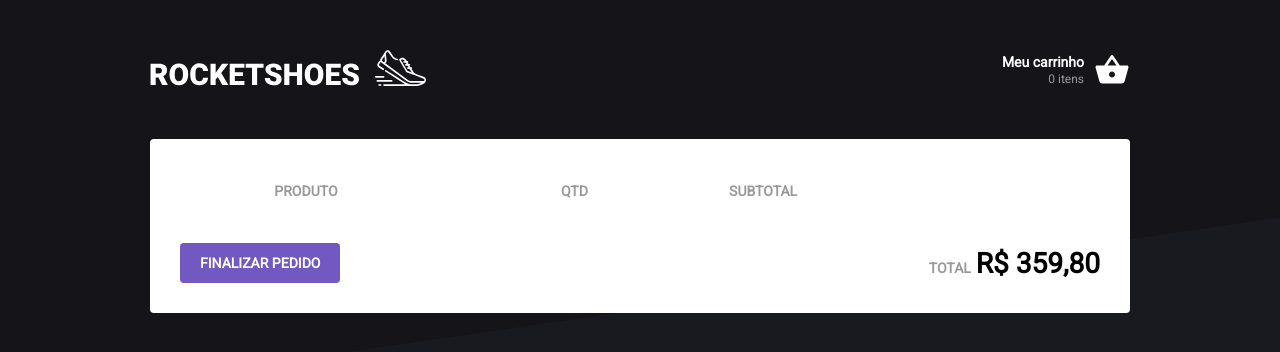
Repository: niltonmalves/Desafio-01---Criando-um-hook-de-carrinho-de-compras
Page: /cart
An editor plug-in stored every save of this project. The page is shown before and after the next save, followed by the edit.
The browser window is 1280 px wide. The pictures show the whole page.
The project was rebuilt for these pictures with package versions that can differ from the ones it lists, and the page was loaded fresh each time. Also part of the build but not shown: src/pages/Home/styles.ts, src/pages/Home/index.tsx.

Above is the page before, as saved 2022-01-13 17:01:44.

### src/components/Header/index.tsx
import React from 'react';
import { Link } from 'react-router-dom';
import { MdShoppingBasket } from 'react-icons/md';

import logo from '../../assets/images/logo.svg';
import { Container, Cart } from './styles';
import { useCart } from '../../hooks/useCart';

const Header = (): JSX.Element => {
  const { cart } = useCart();
  let count =0;
  console.log(cart)
  const cartSize = cart.map((product) => count +=1
    //percorrer os produtos com id diferente e somar
    //

  ).length;// TODO;

  return (
    <Container>
      <Link to="/">
        <img src={logo} alt="Rocketshoes" />
      </Link>

      <Cart to="/cart">
        <div>
          <strong>Meu carrinho</strong>
          <span data-testid="cart-size">
            {cartSize === 1 ? `${cartSize} item` : `${cartSize} itens`}
          </span>
        </div>
        <MdShoppingBasket size={36} color="#FFF" />
      </Cart>
    </Container>
  );
};

export default Header;

### src/hooks/useCart.tsx
import { createContext, ReactNode, useContext, useState } from 'react';
import { toast } from 'react-toastify';
import { api } from '../services/api';
import { Product, Stock } from '../types';

interface CartProviderProps {
  children: ReactNode;
}

interface UpdateProductAmount {
  productId: number;
  amount: number;
}

interface CartContextData {
  cart: Product[];
  addProduct: (productId: number) => Promise<void>;
  removeProduct: (productId: number) => void;
  updateProductAmount: ({ productId, amount }: UpdateProductAmount) => void;
}

const CartContext = createContext<CartContextData>({} as CartContextData);

export function CartProvider({ children }: CartProviderProps): JSX.Element {
  const [cart, setCart] = useState<Product[]>(() => {
    const storagedCart = localStorage.getItem('@RocketShoes:cart') //Buscar dados do localStorage
    if (storagedCart) {
      return JSON.parse(storagedCart);
    }

    return [];
  });

  const addProduct = async (productId: number) => {
    try {
      // TODO verificar se o produto ja exite no carrinho e a qtd do estoque
      const updateCart = [...cart];
      const productExists = updateCart.find(product => product.id === productId);

      const stock = await api.get(`/stock/${productId}`);

      const stockAmount = stock.data.amount;
      const currentAmount = productExists ? productExists.amount : 0;
      const amount = currentAmount + 1;

      if(amount > stockAmount) {
        toast.error('Quantidade solicitada fora de estoque');
        return;
      }
      if (productExists) {
        productExists.amount = amount;
        // let newProduct =
      } else {
        const product = await api.get(`/products/${productId}`);

        const newProduct = {
          ...product.data,
          amount :1
        }
        updateCart.push(newProduct);
      }
      setCart(updateCart);
      console.log(updateCart);
      localStorage.setItem('@RocketShoes:cart', JSON.stringify(updateCart));

    } catch {
      // TODO
      toast.error('Erro na adição do produto');
    }
  };

  const removeProduct = (productId: number) => {
    try {
      // TODO
      const updatedCart = [...cart];
      const productIndex = updatedCart.findIndex(product => product.id === productId);

      if (productIndex >= 0) {
        updatedCart.splice(productIndex, 1);
        setCart(updatedCart);
        localStorage.setItem('@RocketShoes:cart', JSON.stringify(updatedCart));
      } else {
        throw Error ();
      }
    } catch {
      // TODO
      toast.error('Erro na remoção do produto');
    }
  };

  const updateProductAmount = async ({
    productId,
    amount,
  }: UpdateProductAmount) => {
    try {
      // TODO
      if (amount <= 0) {
        return;
      }

      const stock = await api.get(`/stock/${productId}`);
      const stockAmount = stock.data.amount;

      if (amount > stockAmount) {
        toast.error('Quantidade solicitada fora de estoque');
        return;
      }

      const updatedCart = [...cart];
      const productExists = updatedCart.find(product => product.id === productId);

      if (productExists) {
        productExists.amount = amount;
        setCart(updatedCart);
        localStorage.setItem('@RocketShoes:cart', JSON.stringify(updatedCart));
      } else{
        throw Error();
      }
    } catch {
      // TODO
      toast.error('Erro na alteração da quntidade do produto');
    }
  };

  return (
    <CartContext.Provider
      value={{ cart, addProduct, removeProduct, updateProductAmount }}
    >
      {children}
    </CartContext.Provider>
  );
}

export function useCart(): CartContextData {
  const context = useContext(CartContext);

  return context;
}

### src/pages/Cart/index.tsx
import { rem } from 'polished';
import React from 'react';
import {
  MdDelete,
  MdAddCircleOutline,
  MdRemoveCircleOutline,
} from 'react-icons/md';

import { useCart } from '../../hooks/useCart';
import { formatPrice } from '../../util/format';
import { Container, ProductTable, Total } from './styles';

interface Product {
  id: number;
  title: string;
  price: number;
  image: string;
  amount: number;
}

const Cart = (): JSX.Element => {
  const { cart, removeProduct, updateProductAmount } = useCart();

  const cartFormatted = cart.map(product => ({
    // TODO
    ...product,
    priceFormatted : formatPrice(product.price),
    subtotal : formatPrice(product.amount * product.price),


  }))
  const total =
    formatPrice(
      cart.reduce((sumTotal, product) => {
        // TODO
        return sumTotal + product.amount * product.price
      }, 0)
    )

  function handleProductIncrement(product: Product) {
    // TODO
    updateProductAmount({productId :product.id, amount : product.amount + 1})
  }

  function handleProductDecrement(product: Product) {
    // TODO
    updateProductAmount({productId :product.id, amount : product.amount -1 })
  }

  function handleRemoveProduct(productId: number) {
    // TODO
    removeProduct(productId)
  }

  return (
    <Container>
      <ProductTable>
        <thead>
          <tr>
            <th aria-label="product image" />
            <th>PRODUTO</th>
            <th>QTD</th>
            <th>SUBTOTAL</th>
            <th aria-label="delete icon" />
          </tr>
        </thead>
        <tbody>
          {cartFormatted.map(product => (
            <tr key={product.id} data-testid="product">
            <td>
              <img src={product.image} alt={product.title} />
            </td>
            <td>
              <strong>{product.title}</strong>
              <span>{product.price}</span>
            </td>
            <td>
              <div>
                <button
                  type="button"
                  data-testid="decrement-product"
                disabled={product.amount <= 1}
                onClick={() => handleProductDecrement(product)}
                >
                  <MdRemoveCircleOutline size={20} />
                </button>
                <input
                  type="text"
                  data-testid="product-amount"
                  readOnly
                  value={product.amount}
                />
                <button
                  type="button"
                  data-testid="increment-product"
                onClick={() => handleProductIncrement(product)}
                >
                  <MdAddCircleOutline size={20} />
                </button>
              </div>
            </td>
            <td>
              <strong>{product.subtotal}</strong>
            </td>
            <td>
              <button
                type="button"
                data-testid="remove-product"
              onClick={() => handleRemoveProduct(product.id)}
              >
                <MdDelete size={20} />
              </button>
            </td>
          </tr>
          ))}
        </tbody>
      </ProductTable>

      <footer>
        <button type="button">Finalizar pedido</button>

        <Total>
          <span>TOTAL</span>
          <strong>R$ 359,80</strong>
        </Total>
      </footer>
    </Container>
  );
};

export default Cart;

Loaded but not shown: public/index.html (common file); src/index.tsx (common file); src/App.tsx (common file); src/reportWebVitals.ts (common file); src/routes.tsx (common file); src/styles/global.ts (common file); src/components/Header/styles.ts (common file); src/services/api.ts (common file); src/util/format.ts (common file); src/pages/Cart/styles.ts (common file)

After the next save:
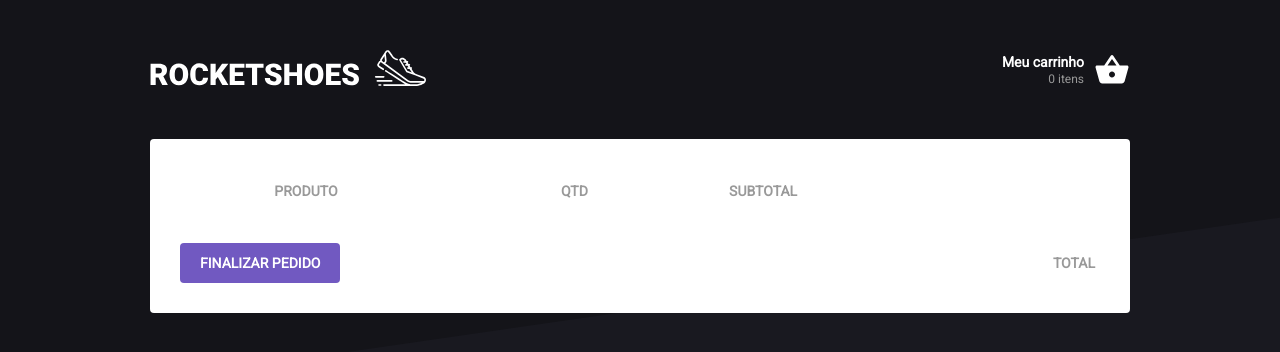
Saved 87 s later.
--- a/src/pages/Cart/index.tsx
+++ b/src/pages/Cart/index.tsx
@@ -121,7 +121,7 @@ const Cart = (): JSX.Element => {
 
         <Total>
           <span>TOTAL</span>
-          <strong>R$ 359,80</strong>
+          <strong>{cart.total}</strong>
         </Total>
       </footer>
     </Container>
